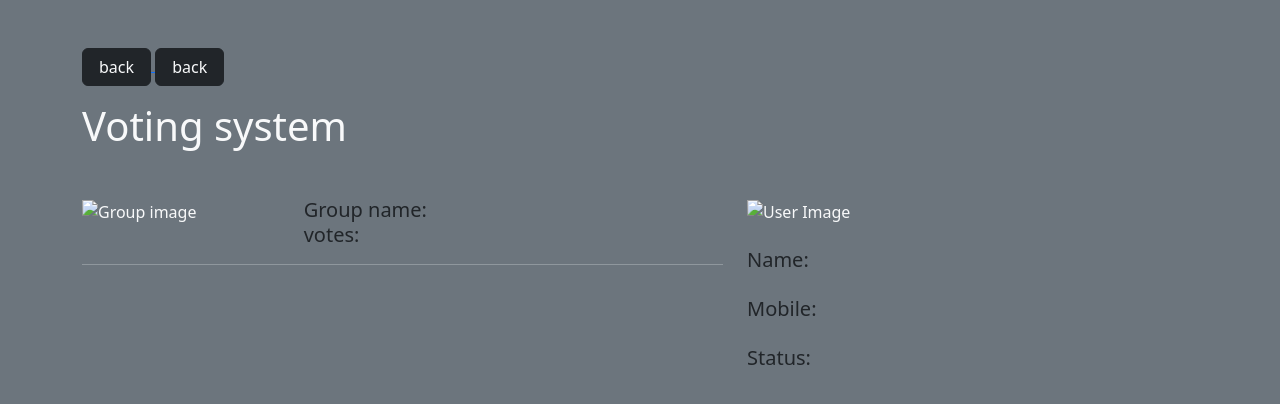
Repository: AvinashLikesToLearnNewStuff/VotingSite
Page: http://localhost/partials/dashboard.php
An editor plug-in stored every save of this project. The page is shown before and after the next save, followed by the edit.
The browser window is 1280 px wide. The pictures show the whole page.
The page is run by PHP 8.4 with error messages shown; the project is at /var/www/html/. The session is filled in as if someone had signed in: {"groups": 1, "id": 1, "status": 1, "data": {"id": 1, "_id": "000000000000000000000001", "name": "Test User", "username": "testuser", "email": "test@example.com", "role": "admin"}}. Other server files are loaded and not shown.

Above is the page before, as saved 2023-03-10 19:53:46.

### partials/dashboard.php
<?php

session_start();

$data=$_SESSION['data'];




?>
<!DOCTYPE html>
<html lang="en">
<head>
    <meta charset="UTF-8">
    <meta http-equiv="X-UA-Compatible" content="IE=edge">
    <meta name="viewport" content="width=device-width, initial-scale=1.0">
    <title>Voting System dashboard</title>
        <!-- bootstrap css link -->
     <link href="https://cdn.jsdelivr.net/npm/bootstrap@5.2.3/dist/css/bootstrap.min.css" rel="stylesheet" integrity="sha384-rbsA2VBKQhggwzxH7pPCaAqO46MgnOM80zW1RWuH61DGLwZJEdK2Kadq2F9CUG65" crossorigin="anonymous">


</head>

<body class="bg-secondary text-light">
    <div class="container my-5">

    <a href="../">
        <button class="btn btn-dark text-light px-3">back</button>
    </a>
    <a href="logout.php">

        <button class="btn btn-dark text-light px-3">back</button>
    </a>
<h1 class = "my-3">Voting system</h1>
<div class="row my-5">
    <div class="col-md-7">
        <!-- groups -->
        <div class="row">
            <div class="col-md-4 mx-auto d-block">

<img src="" alt="Group image">
            </div>
            <div class="col-md-8">
<strong class="text-dark h5">Group name:</strong><br>
<strong class="text-dark h5">votes:</strong><br>
            </div>
        </div>
    <hr>
    </div>
    <div class="col-md-5">
        <!-- user -->
        <img src="" alt="User Image">
        <br>
        <br>
<strong class="text-dark h5">Name:</strong><br><br>
<strong class="text-dark h5">Mobile:</strong><br><br>
<strong class="text-dark h5">Status:</strong><br><br>
    </div>
</div>
    </div>
</body>
</html>

After the next save:
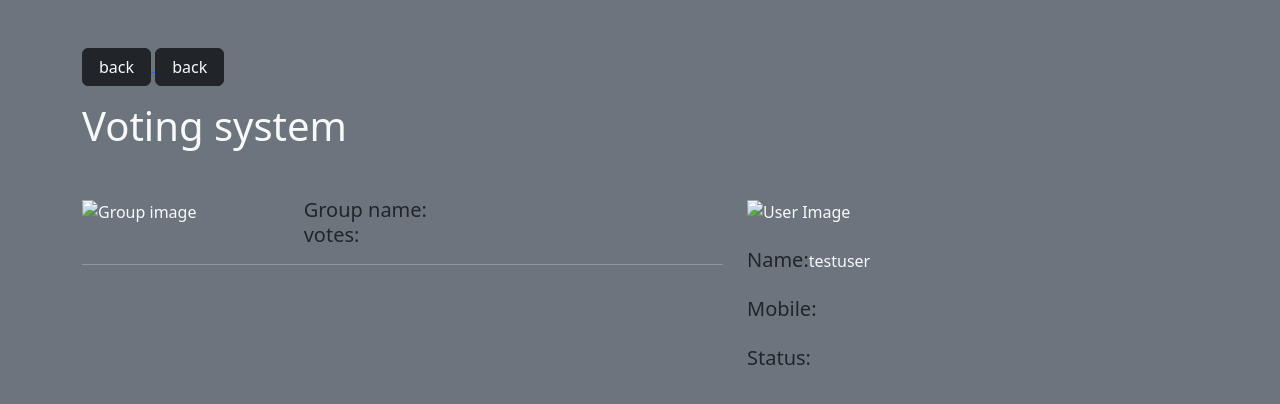
Saved 116 s later.
--- a/partials/dashboard.php
+++ b/partials/dashboard.php
@@ -52,7 +52,7 @@ $data=$_SESSION['data'];
         <img src="" alt="User Image">
         <br>
         <br>
-<strong class="text-dark h5">Name:</strong><br><br>
+<strong class="text-dark h5">Name:</strong><?php echo $data['username']?><br><br>
 <strong class="text-dark h5">Mobile:</strong><br><br>
 <strong class="text-dark h5">Status:</strong><br><br>
     </div>
